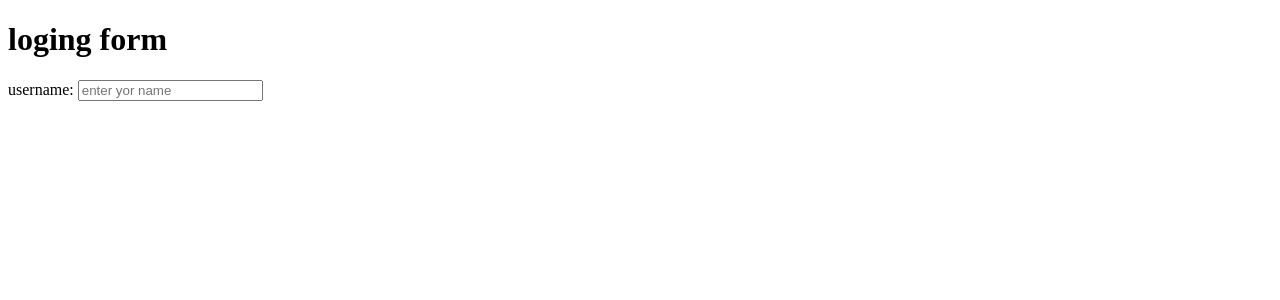
Repository: roshanpatil37407/Full_Stack_Java
Page: Roshans/src/main/webapp/loging.html
An editor plug-in stored every save of this project. The page is shown before and after the next save, followed by the edit.
The browser window is 1280 px wide. The pictures show the whole page.

Above is the page before, as saved 2025-09-29 09:39:05.

### Roshans/src/main/webapp/loging.html
<!DOCTYPE html>
<html>
<head>
<meta charset="UTF-8">
<title>Insert title here</title>
</head>
<body>
<h1>loging form </h1>
username: <input type="text" name="name" placeholder="enter yor name">
</body>
</html>

After the next save:
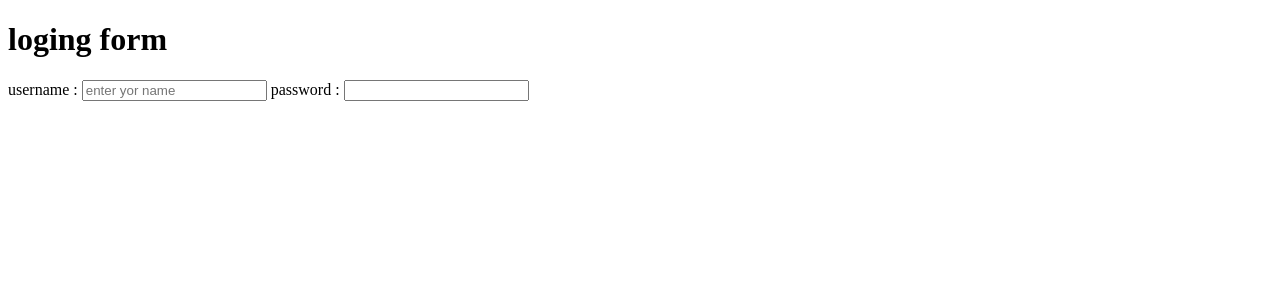
Saved 4 min 40 s later.
--- a/Roshans/src/main/webapp/loging.html
+++ b/Roshans/src/main/webapp/loging.html
@@ -6,6 +6,7 @@
 </head>
 <body>
 <h1>loging form </h1>
-username: <input type="text" name="name" placeholder="enter yor name">
+ username : <input type="text" name="name" placeholder="enter yor name">
+ password : <input type="password">
 </body>
 </html>
